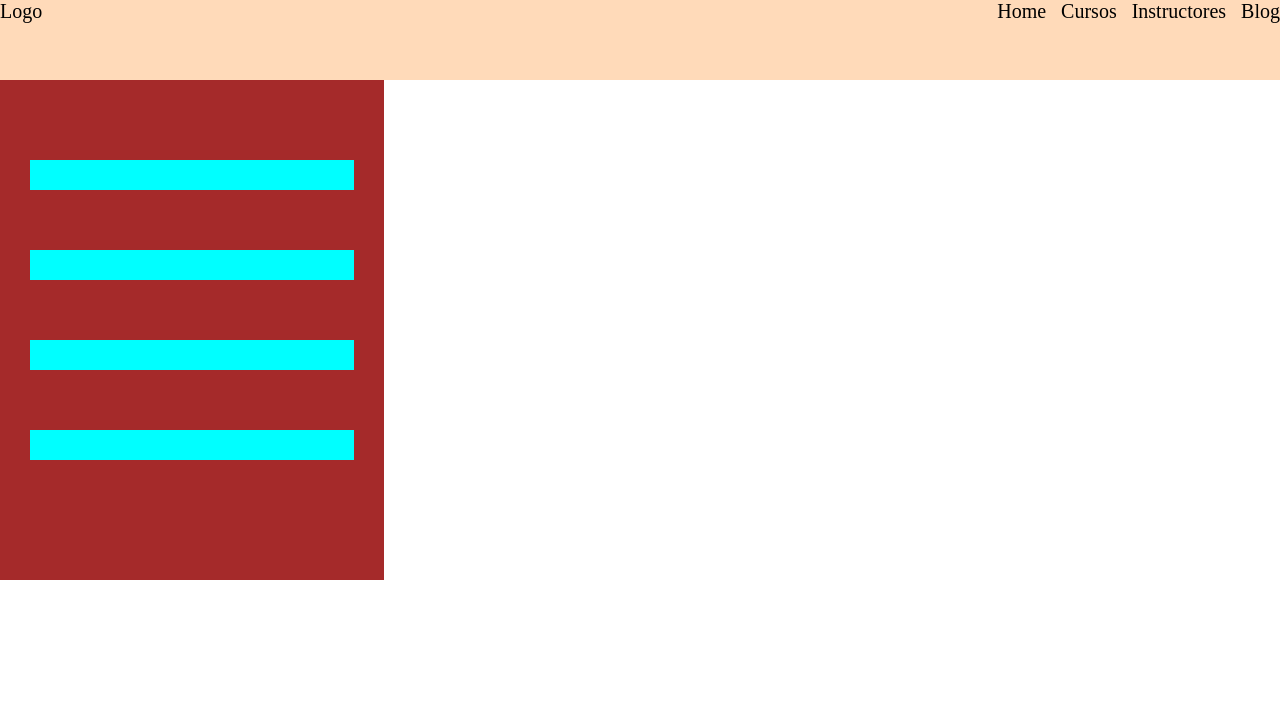
Repository: Daniel009980/daniel0099980
Page: desafiolayout1/index.html
An editor plug-in stored every save of this project. The page is shown before and after the next save, followed by the edit.
The browser window is 1280 px wide. The pictures show the whole page.

Above is the page before, as saved 2022-09-21 19:53:36.

After the next save:
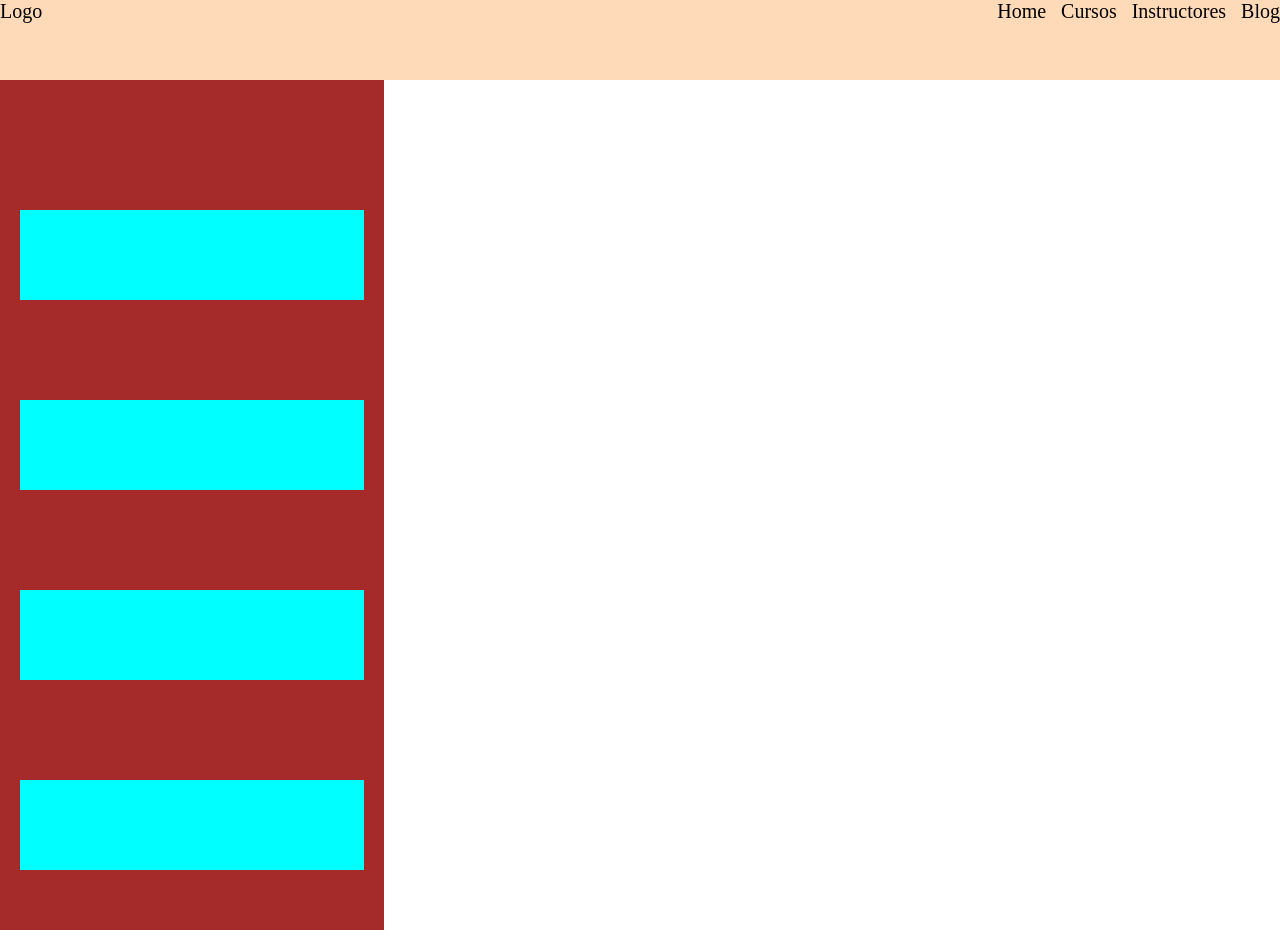
Saved 62 s later.
--- a/desafiolayout1/style.css
+++ b/desafiolayout1/style.css
@@ -29,14 +29,11 @@
     /* text-align: right; */
 }
 
-section{
-
-}
 .ad{
     width: 30%;
     background-color: brown;
     padding-top: 50px;
-    height: 500px;
+    height: 850px;
     display: flex;
     flex-direction: column;
     list-style: none;
@@ -44,7 +41,7 @@
 
 .ad li{
     background-color: aqua;
-    margin: 30px;
-    margin-top: 30px;
-    height: 30px;
+    margin: 20px;
+    margin-top: 80px;
+    height: 90px;
 }
